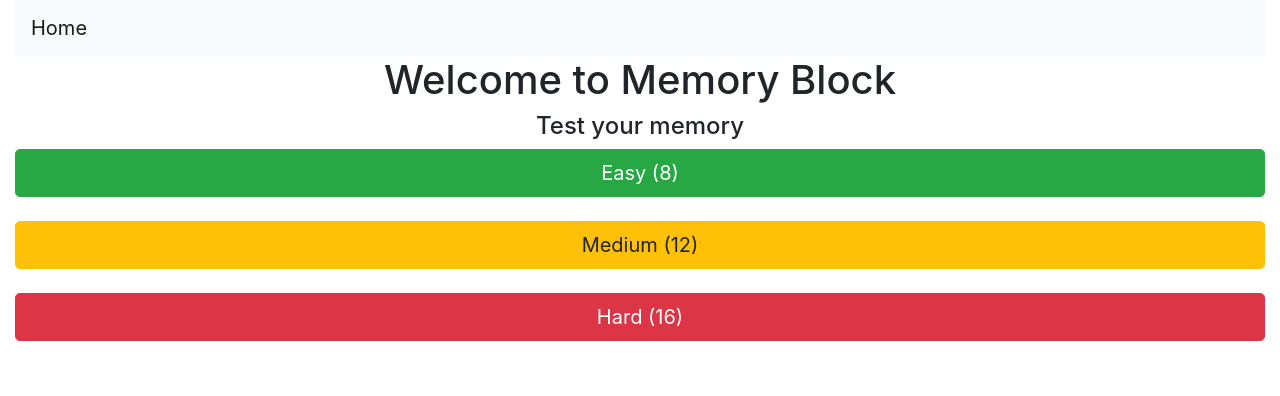
Repository: chrisrees85/memory-block
Page: index.html
The author's editor kept a record of every edit. The page is drawn from the files as they stood at one moment, then again after the next edit.
The browser window is 1280 px wide. The pictures show the whole page.

Above is the page before.
Console error: TypeError: Cannot set properties of null (setting 'innerHTML')

### index.html
<!DOCTYPE html>
<html lang="en">

<head>
    <meta charset="UTF-8">
    <meta name="viewport" content="width=device-width, initial-scale=1.0">
    <meta http-equiv="X-UA-Compatible" content="ie=edge">
    <title>Memory Block</title>
    <link rel="stylesheet" href="https://stackpath.bootstrapcdn.com/bootstrap/4.3.1/css/bootstrap.min.css" integrity="sha384-ggOyR0iXCbMQv3Xipma34MD+dH/1fQ784/j6cY/iJTQUOhcWr7x9JvoRxT2MZw1T" crossorigin="anonymous">
    <link rel="stylesheet" href="assets/css/style.css" type="text/css" />
</head>

<body>
    <div class="container-fluid">
        <nav class="navbar navbar-light bg-light">
            <a class="navbar-brand" href="index.html">Home</a>
        </nav>


        <div class="row">
            <div class="col">
                <h1 class="center">Welcome to Memory Block</h1>
            </div>
        </div>
        <div class="row">
            <div class="col">
                <h4 class="center">Test your memory</h4>
            </div>
        </div>

        <div class="row">
            <div class="col">
                <a href="easy.html" class="btn btn-success btn-lg btn-block center-btn" id="easy-btn">Easy (8)</a>
            </div>
        </div>
        </br>
        <div class="row">
            <div class="col">
                <a href="medium.html" class="btn btn-warning btn-lg btn-block center-btn" id="medium-btn">Medium (12)</a>
            </div>
        </div>
        </br>
        <div class="row">
            <div class="col">
                <a href="hard.html" class="btn btn-danger btn-lg btn-block center-btn" id="hard-btn">Hard (16)</a>
            </div>
        </div>
    </div>

    <script src="https://code.jquery.com/jquery-3.3.1.slim.min.js" integrity="sha384-q8i/X+965DzO0rT7abK41JStQIAqVgRVzpbzo5smXKp4YfRvH+8abtTE1Pi6jizo" crossorigin="anonymous"></script>
    <script src="https://cdnjs.cloudflare.com/ajax/libs/popper.js/1.14.7/umd/popper.min.js" integrity="sha384-UO2eT0CpHqdSJQ6hJty5KVphtPhzWj9WO1clHTMGa3JDZwrnQq4sF86dIHNDz0W1" crossorigin="anonymous"></script>
    <script src="https://stackpath.bootstrapcdn.com/bootstrap/4.3.1/js/bootstrap.min.js" integrity="sha384-JjSmVgyd0p3pXB1rRibZUAYoIIy6OrQ6VrjIEaFf/nJGzIxFDsf4x0xIM+B07jRM" crossorigin="anonymous"></script>
    <script type="text/javascript" src="assets/js/scripts.js"></script>
</body>

</html>

### assets/css/style.css
*{
  padding: 0;
  margin: 0;
  box-sizing: border-box;
}

.center{
    text-align: center;
}

.board{
  width:80vw;
  margin: auto;
}

.tiles{
  background-color: lightblue;
  height:80px;
  border:2px solid black;
  border-radius: 5px;
  margin:1px;
}

.btn-right{
  float:right;
}

#btn,
#play-btn{
  width:26vw;
}

### assets/js/scripts.js
let tiles = Array.from(document.querySelectorAll('.tiles'));
let buttonDiv = document.getElementById('btn');
let tilesLength = tiles.length;
let score = 0;

// First function of the play button

function startButton() {
    buttonDiv.innerHTML = '<button type="button" class="btn btn-primary btn-lg" id="play-btn" onclick="onClick();">Start</button>';
}
startButton();

// Function performs when first button function is pressed

function onClick() {
    // Renders the button inactive so the user can't keep calling onClick function
    buttonDiv.innerHTML = '<button type="button" class="btn btn-primary btn-lg" id="play-btn">Timer Started</button>';

    // Countdown timer shown in the button text
    // Once time is up the buttons function changes to check users attempt
    let timeleft = 5;
    let countdownTimer = setInterval(function() {
        buttonDiv.innerHTML = '<button type="button" class="btn btn-primary btn-lg" id="play-btn"></button>';
        document.getElementById('play-btn').textContent = timeleft;
        timeleft -= 1;
        if (timeleft < 0) {
            clearInterval(countdownTimer);
            buttonDiv.innerHTML = '<button type="button" class="btn btn-primary btn-lg" id="play-btn" onclick="checkAttempt();" data-toggle="modal" data-target="#exampleModal">Check</button>';
        }
    }, 1000);

    // Shuffles the tiles array into a random order
    let i = tilesLength,
        rand, temp;
    while (--i > 0) {
        rand = Math.floor(Math.random() * (i + 1));
        temp = tiles[rand];
        tiles[rand] = tiles[i];
        tiles[i] = temp;
    }

    // Selects half of the shuffled array and adds the color class
    let bottomHalfTiles = tiles.slice(tilesLength / 2, tilesLength);
    bottomHalfTiles.forEach(function(i) {
        i.classList += (' green');
    });

    // Replaces the color class with an unused class after 6 seconds
    function clearBoard() {
        bottomHalfTiles.map(function(i) {
            i.classList.replace('green', 'in-play');
        });
    }
    setTimeout(clearBoard, 6000);
    console.log(tiles);

    // Activates the users ability to click and change the block color 6 seconds after the start button is pressed
    function allowUserClick() {
        tiles.forEach(function(i) {
            i.addEventListener('click', tileClicked);
        });

        function tileClicked() {
            this.classList.toggle('green');
        }
    }
    setTimeout(allowUserClick, 6000);
}


// Function checks the users answers on clicking the check button and displays a modal
function checkAttempt() {
    let modalBtn = document.getElementById('modal-btn');

    // Loops through the tiles array and increments 1 to the score if a condition is true
    function checkClasses() {
        tiles.forEach(function(it) {
            if ((it.classList.contains('in-play')) && (it.classList.contains('green'))) {
                score++;
            }
            else if ((it.classList.contains('tiles')) && (it.classList.contains('green')) && !(it.classList.contains('in-play'))) {
                score = tilesLength;
            }
        });
    }
    checkClasses();

    // Modal either gives a yes or no answer as to whether the user has succeeded
    if (score == tilesLength / 2) {
        document.getElementById('modal-head').textContent = ('CONGRATULATIONS');
        document.getElementById('modal-text').textContent = ('Your memory served you well');
        modalBtn.innerHTML = '<button type="button" class="btn btn-secondary" onclick="location.reload();">Play Again</button>';
    }else {
        document.getElementById('modal-head').textContent = ('OOPS, SORRY');
        document.getElementById('modal-text').textContent = ('Would you like to try again or Start New Game');
        modalBtn.innerHTML = '<button type="button" class="btn btn-secondary" data-dismiss="modal" onclick="reveal();">Reveal</button>';
    }
    // resets the score to 0 to keep the users attempt accurate
    score = 0;
}

function reveal(){
    revealStageTwo
    tiles.forEach(function(it){
        it.classList.remove('green');
    });
}

After the next edit:
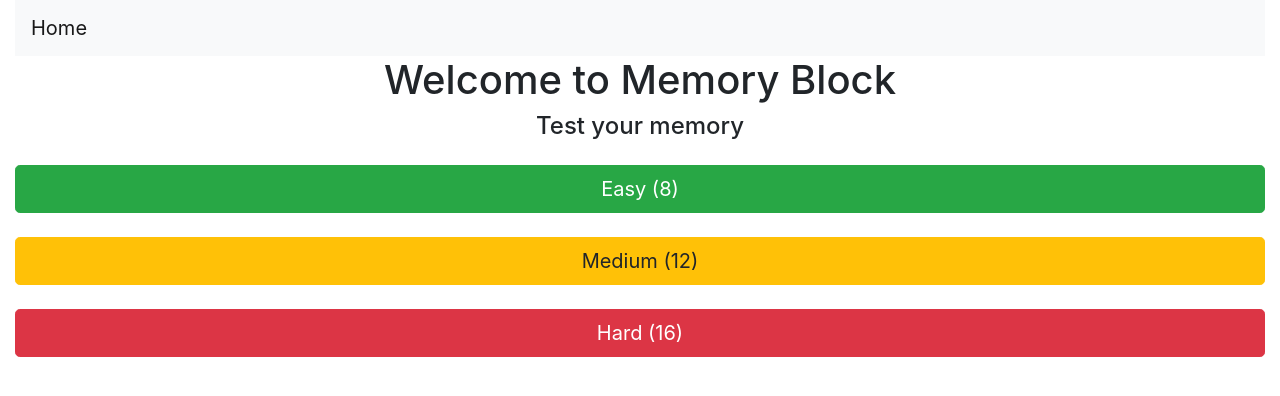
The edit:
--- a/index.html
+++ b/index.html
@@ -27,6 +27,11 @@
                 <h4 class="center">Test your memory</h4>
             </div>
         </div>
+        <div class="row">
+            <div class="col">
+                <p class="center"></p>
+            </div>
+        </div>
 
         <div class="row">
             <div class="col">
